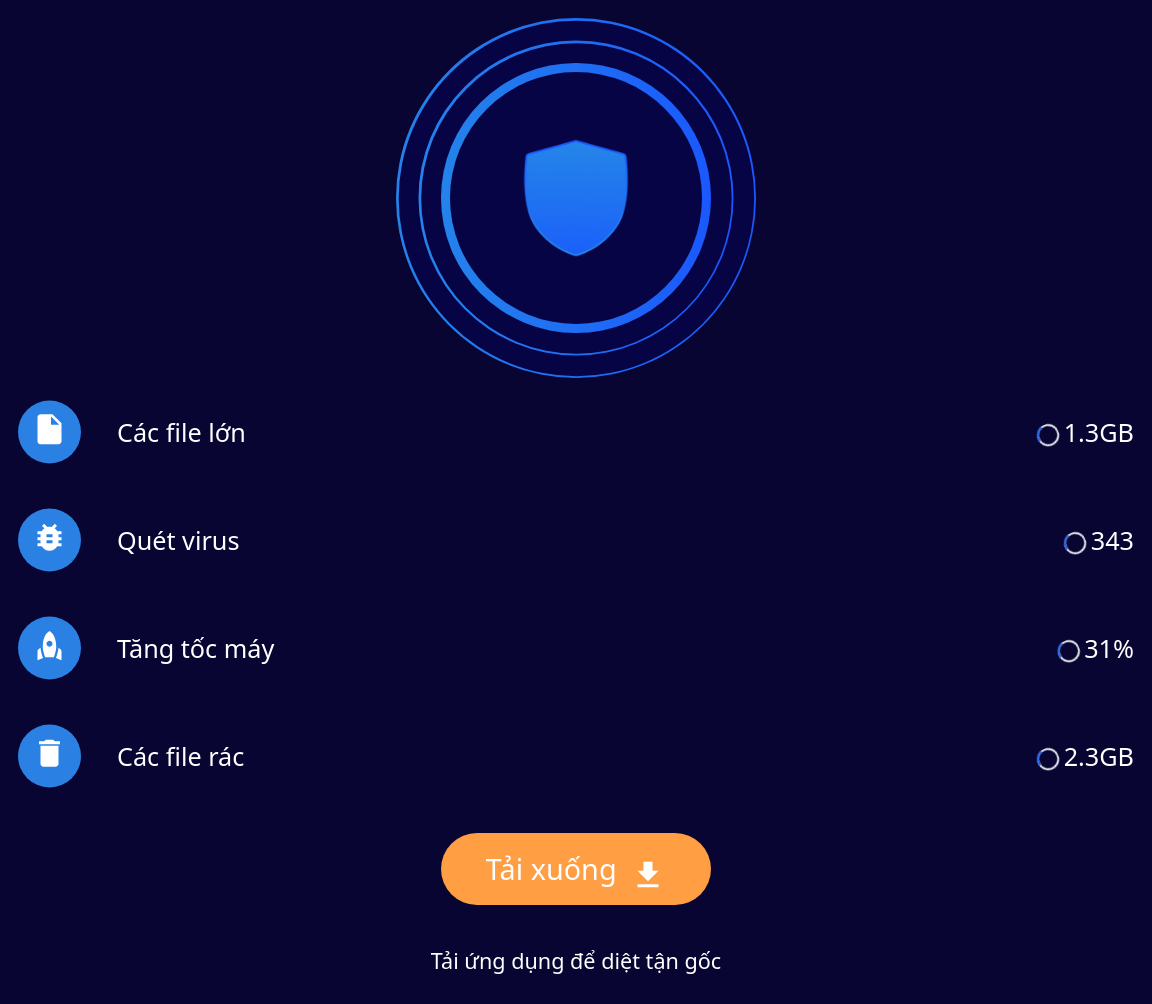
Repository: Kiendz3202/anti-virus-landingpage-mobile
Page: /, after clicking the first element matching `div.from-\[\#1CE5F8\]`
These files come from the project's save history. The page is drawn as it stood at one moment and after the next save; the edit follows.
The browser window is 1280 px wide. The pictures show the whole page, at 90% of full size.
The project was rebuilt for these pictures with package versions that can differ from the ones it lists, and the page was loaded fresh each time. The framework's server and built-in components were replaced by stand-ins that run in the browser. Also part of the build but not shown: next.config.js.

Above is the page before, as saved 2023-01-08 19:23:50.

### pages/index.js
import HomeView from '../views';

export default function Home() {
	return <HomeView />;
}

### styles/globals.css
@tailwind base;
@tailwind components;
@tailwind utilities;

@layer base {
	html {
		/* font-size: calc(15px + 0.390625vw); //15px */
		font-size: 10px;
	}

	* {
		box-sizing: border-box;
	}

	@media (max-width: 640px) {
		html {
			font-size: 7px;
		}
	}

	@media (min-width: 640px) {
		html {
			font-size: 7px;
		}
	}

	@media (min-width: 768px) {
		html {
			font-size: 8px;
		}
	}

	@media (min-width: 1024px) {
		html {
			font-size: 9px;
		}
	}

	@media (min-width: 1280px) {
		html {
			font-size: 10px;
		}
	}
}

### views/index.js
import React, { useEffect, useState } from 'react';
import ScanResult from '../components/ScanResult';
import ScanShield from '../components/ScanShield';
import { delay } from '../utils/delay';

function HomeView() {
	// const [isCheckingInitial, setIsCheckingInitial] = useState(true);
	const [loadingScan, setLoadingScan] = useState(false);
	const [showResult, setShowResult] = useState(false);
	// useEffect(() => {
	// 	const intervalID = setTimeout(() => {
	// 		setIsCheckingInitial((toggle) => !toggle);
	// 	}, 2000);

	// 	return () => clearInterval(intervalID);
	// }, []);

	const scanHandle = async () => {
		if (!showResult) {
			// setIsCheckingInitial(false);
			setLoadingScan(true);
			// await delay(4000);
			setLoadingScan(false);
			setShowResult(true);
		}
	};
	return (
		<div className="h-screen bg-[#080533]">
			<div
				className={` w-full   transition-all ease-in-out duration-[1500ms]  ${
					showResult ? ' h-[0px]' : 'h-screen pt-[20rem]'
				}`}
			>
				<div
					className={`bg-[#08043D] h-[40rem] w-[40rem] mx-auto rounded-full flex items-center justify-center ${
						showResult ? 'hidden' : ''
					}`}
				>
					<div className=" bg-[#070446] h-[32rem] w-[32rem] rounded-full flex items-center justify-center relative">
						<div className="bg-gradient-to-r from-[#0F2171] to-[#075DAF] h-[28rem] w-[28rem] rounded-full flex items-center justify-center animate-spin"></div>
						<div
							onClick={scanHandle}
							className=" bg-gradient-to-r from-[#1CE5F8] to-[#0092FF] h-[24rem] w-[24rem] rounded-full flex items-center justify-center absolute top-[4rem]"
						>
							<div className=" bg-gradient-to-r from-[#08042E] to-[#060075] h-[23rem] w-[23rem] rounded-full flex items-center justify-center ">
								<span className="text-white text-[6rem] font-semibold">
									Quét
								</span>
							</div>
						</div>
					</div>
				</div>
			</div>
			{showResult ? (
				<div className="text-white pt-[2rem]">
					<ScanShield />
					<ScanResult />
				</div>
			) : (
				''
			)}
		</div>
	);
}

export default HomeView;

### components/ScanResult.js
import InsertDriveFileIcon from '@mui/icons-material/InsertDriveFile';
import BugReportIcon from '@mui/icons-material/BugReport';
import RocketIcon from '@mui/icons-material/Rocket';
import DeleteIcon from '@mui/icons-material/Delete';
import FileDownloadIcon from '@mui/icons-material/FileDownload';
import { useState, useEffect } from 'react';
import { delay } from '../utils/delay';

function getRandomArbitrary(min, max) {
	return Math.random() * (max - min) + min;
}

function ScanResult() {
	const [isScanning, setIsScanning] = useState(true);
	const [bigFile, setBigFile] = useState(
		getRandomArbitrary(0.3, 2).toString().slice(0, 3)
	);
	const [virus, setVirus] = useState(
		getRandomArbitrary(108, 352).toString().split('.')[0]
	);
	const [speedPercent, setSpeedPercent] = useState(
		getRandomArbitrary(30, 80).toString().split('.')[0]
	);
	const [trashFile, setTrashFile] = useState(
		getRandomArbitrary(0.2, 3).toString().slice(0, 3)
	);
	const arr = Array.from(Array(30).keys());

	const loopAsync = async () => {
		for (const number of arr) {
			setBigFile(() => getRandomArbitrary(0.3, 2).toString().slice(0, 3));
			setVirus(
				() => getRandomArbitrary(108, 352).toString().split('.')[0]
			);
			setSpeedPercent(
				() => getRandomArbitrary(30, 80).toString().split('.')[0]
			);
			setTrashFile(() =>
				getRandomArbitrary(0.2, 3).toString().slice(0, 3)
			);
			await delay(200);
		}
		setIsScanning(false);
	};
	useEffect(() => {
		loopAsync();
	}, []);

	// const bigFile = getRandomArbitrary(0.3, 2).toString().slice(0, 3);
	// const virus = getRandomArbitrary(108, 352).toString().split('.')[0];
	// const speedPercent = getRandomArbitrary(30, 80).toString().split('.')[0];
	// const trashFile = getRandomArbitrary(0.2, 3).toString().slice(0, 3);
	// console.log(trashFile);
	return (
		<div className="bg-[#080533]">
			{/* big file  */}
			<div className="flex justify-between  h-[12rem] items-center text-[2.8rem] font-medium ">
				<div>
					<div className="bg-[#2A81E3] text-white rounded-full w-[7rem] h-[7rem] ml-[2rem]">
						<InsertDriveFileIcon
							sx={{
								fontSize: '4rem',
								marginLeft: '1.5rem',
								marginTop: '1.2rem',
							}}
						/>
					</div>
				</div>
				<div className=" mr-auto ml-[4rem]">Các file lớn</div>
				<div className="flex">
					{isScanning && (
						<div role="status">
							<svg
								aria-hidden="true"
								class="inline w-10 h-10 mr-2 text-gray-200 animate-spin dark:text-gray-600 fill-blue-600"
								viewBox="0 0 100 101"
								fill="none"
								xmlns="http://www.w3.org/2000/svg"
							>
								<path
									d="M100 50.5908C100 78.2051 77.6142 100.591 50 100.591C22.3858 100.591 0 78.2051 0 50.5908C0 22.9766 22.3858 0.59082 50 0.59082C77.6142 0.59082 100 22.9766 100 50.5908ZM9.08144 50.5908C9.08144 73.1895 27.4013 91.5094 50 91.5094C72.5987 91.5094 90.9186 73.1895 90.9186 50.5908C90.9186 27.9921 72.5987 9.67226 50 9.67226C27.4013 9.67226 9.08144 27.9921 9.08144 50.5908Z"
									fill="currentColor"
								/>
								<path
									d="M93.9676 39.0409C96.393 38.4038 97.8624 35.9116 97.0079 33.5539C95.2932 28.8227 92.871 24.3692 89.8167 20.348C85.8452 15.1192 80.8826 10.7238 75.2124 7.41289C69.5422 4.10194 63.2754 1.94025 56.7698 1.05124C51.7666 0.367541 46.6976 0.446843 41.7345 1.27873C39.2613 1.69328 37.813 4.19778 38.4501 6.62326C39.0873 9.04874 41.5694 10.4717 44.0505 10.1071C47.8511 9.54855 51.7191 9.52689 55.5402 10.0491C60.8642 10.7766 65.9928 12.5457 70.6331 15.2552C75.2735 17.9648 79.3347 21.5619 82.5849 25.841C84.9175 28.9121 86.7997 32.2913 88.1811 35.8758C89.083 38.2158 91.5421 39.6781 93.9676 39.0409Z"
									fill="currentFill"
								/>
							</svg>
							<span class="sr-only">Loading...</span>
						</div>
					)}
					<div className="pr-[2rem]">{bigFile}GB</div>
				</div>
			</div>
			{/* diet virus  */}
			<div className="flex justify-between  h-[12rem] items-center text-[2.8rem] font-medium">
				<div>
					<div className="bg-[#2A81E3] text-white rounded-full w-[7rem] h-[7rem] ml-[2rem]">
						<BugReportIcon
							sx={{
								fontSize: '4rem',
								marginLeft: '1.5rem',
								marginTop: '1.2rem',
							}}
						/>
					</div>
				</div>
				<div className=" mr-auto ml-[4rem]">Quét virus</div>
				<div className="flex">
					{isScanning && (
						<div role="status">
							<svg
								aria-hidden="true"
								class="inline w-10 h-10 mr-2 text-gray-200 animate-spin dark:text-gray-600 fill-blue-600"
								viewBox="0 0 100 101"
								fill="none"
								xmlns="http://www.w3.org/2000/svg"
							>
								<path
									d="M100 50.5908C100 78.2051 77.6142 100.591 50 100.591C22.3858 100.591 0 78.2051 0 50.5908C0 22.9766 22.3858 0.59082 50 0.59082C77.6142 0.59082 100 22.9766 100 50.5908ZM9.08144 50.5908C9.08144 73.1895 27.4013 91.5094 50 91.5094C72.5987 91.5094 90.9186 73.1895 90.9186 50.5908C90.9186 27.9921 72.5987 9.67226 50 9.67226C27.4013 9.67226 9.08144 27.9921 9.08144 50.5908Z"
									fill="currentColor"
								/>
								<path
									d="M93.9676 39.0409C96.393 38.4038 97.8624 35.9116 97.0079 33.5539C95.2932 28.8227 92.871 24.3692 89.8167 20.348C85.8452 15.1192 80.8826 10.7238 75.2124 7.41289C69.5422 4.10194 63.2754 1.94025 56.7698 1.05124C51.7666 0.367541 46.6976 0.446843 41.7345 1.27873C39.2613 1.69328 37.813 4.19778 38.4501 6.62326C39.0873 9.04874 41.5694 10.4717 44.0505 10.1071C47.8511 9.54855 51.7191 9.52689 55.5402 10.0491C60.8642 10.7766 65.9928 12.5457 70.6331 15.2552C75.2735 17.9648 79.3347 21.5619 82.5849 25.841C84.9175 28.9121 86.7997 32.2913 88.1811 35.8758C89.083 38.2158 91.5421 39.6781 93.9676 39.0409Z"
									fill="currentFill"
								/>
							</svg>
							<span class="sr-only">Loading...</span>
						</div>
					)}
					<div className="pr-[2rem]">{virus}</div>
				</div>
			</div>
			{/* tang toc  */}
			<div className="flex justify-between  h-[12rem] items-center text-[2.8rem] font-medium">
				<div>
					<div className="bg-[#2A81E3] text-white rounded-full w-[7rem] h-[7rem] ml-[2rem]">
						<RocketIcon
							sx={{
								fontSize: '4rem',
								marginLeft: '1.5rem',
								marginTop: '1.2rem',
							}}
						/>
					</div>
				</div>
				<div className=" mr-auto ml-[4rem]">Tăng tốc máy</div>
				<div className="flex">
					{isScanning && (
						<div role="status">
							<svg
								aria-hidden="true"
								class="inline w-10 h-10 mr-2 text-gray-200 animate-spin dark:text-gray-600 fill-blue-600"
								viewBox="0 0 100 101"
								fill="none"
								xmlns="http://www.w3.org/2000/svg"
							>
								<path
									d="M100 50.5908C100 78.2051 77.6142 100.591 50 100.591C22.3858 100.591 0 78.2051 0 50.5908C0 22.9766 22.3858 0.59082 50 0.59082C77.6142 0.59082 100 22.9766 100 50.5908ZM9.08144 50.5908C9.08144 73.1895 27.4013 91.5094 50 91.5094C72.5987 91.5094 90.9186 73.1895 90.9186 50.5908C90.9186 27.9921 72.5987 9.67226 50 9.67226C27.4013 9.67226 9.08144 27.9921 9.08144 50.5908Z"
									fill="currentColor"
								/>
								<path
									d="M93.9676 39.0409C96.393 38.4038 97.8624 35.9116 97.0079 33.5539C95.2932 28.8227 92.871 24.3692 89.8167 20.348C85.8452 15.1192 80.8826 10.7238 75.2124 7.41289C69.5422 4.10194 63.2754 1.94025 56.7698 1.05124C51.7666 0.367541 46.6976 0.446843 41.7345 1.27873C39.2613 1.69328 37.813 4.19778 38.4501 6.62326C39.0873 9.04874 41.5694 10.4717 44.0505 10.1071C47.8511 9.54855 51.7191 9.52689 55.5402 10.0491C60.8642 10.7766 65.9928 12.5457 70.6331 15.2552C75.2735 17.9648 79.3347 21.5619 82.5849 25.841C84.9175 28.9121 86.7997 32.2913 88.1811 35.8758C89.083 38.2158 91.5421 39.6781 93.9676 39.0409Z"
									fill="currentFill"
								/>
							</svg>
							<span class="sr-only">Loading...</span>
						</div>
					)}
					<div className="pr-[2rem]">{speedPercent}%</div>
				</div>
			</div>
			{/* Các file rác   */}
			<div className="flex justify-between  h-[12rem] items-center text-[2.8rem] font-medium">
				<div>
					<div className="bg-[#2A81E3] text-white rounded-full w-[7rem] h-[7rem] ml-[2rem]">
						<DeleteIcon
							sx={{
								fontSize: '4rem',
								marginLeft: '1.5rem',
								marginTop: '1.2rem',
							}}
						/>
					</div>
				</div>
				<div className=" mr-auto ml-[4rem]">Các file rác</div>
				<div className="flex">
					{isScanning && (
						<div role="status">
							<svg
								aria-hidden="true"
								class="inline w-10 h-10 mr-2 text-gray-200 animate-spin dark:text-gray-600 fill-blue-600"
								viewBox="0 0 100 101"
								fill="none"
								xmlns="http://www.w3.org/2000/svg"
							>
								<path
									d="M100 50.5908C100 78.2051 77.6142 100.591 50 100.591C22.3858 100.591 0 78.2051 0 50.5908C0 22.9766 22.3858 0.59082 50 0.59082C77.6142 0.59082 100 22.9766 100 50.5908ZM9.08144 50.5908C9.08144 73.1895 27.4013 91.5094 50 91.5094C72.5987 91.5094 90.9186 73.1895 90.9186 50.5908C90.9186 27.9921 72.5987 9.67226 50 9.67226C27.4013 9.67226 9.08144 27.9921 9.08144 50.5908Z"
									fill="currentColor"
								/>
								<path
									d="M93.9676 39.0409C96.393 38.4038 97.8624 35.9116 97.0079 33.5539C95.2932 28.8227 92.871 24.3692 89.8167 20.348C85.8452 15.1192 80.8826 10.7238 75.2124 7.41289C69.5422 4.10194 63.2754 1.94025 56.7698 1.05124C51.7666 0.367541 46.6976 0.446843 41.7345 1.27873C39.2613 1.69328 37.813 4.19778 38.4501 6.62326C39.0873 9.04874 41.5694 10.4717 44.0505 10.1071C47.8511 9.54855 51.7191 9.52689 55.5402 10.0491C60.8642 10.7766 65.9928 12.5457 70.6331 15.2552C75.2735 17.9648 79.3347 21.5619 82.5849 25.841C84.9175 28.9121 86.7997 32.2913 88.1811 35.8758C89.083 38.2158 91.5421 39.6781 93.9676 39.0409Z"
									fill="currentFill"
								/>
							</svg>
							<span class="sr-only">Loading...</span>
						</div>
					)}
					<div className="pr-[2rem]">{trashFile}GB</div>
				</div>
			</div>
			{/* Tai ung dung   */}
			<div className="flex flex-col   items-center text-[3.2rem] font-medium mt-[4rem] pb-[3rem]">
				<div className="flex items-center justify-center bg-[#FF9E43] text-white rounded-full w-[30rem] h-[8rem] active:opacity-60 cursor-pointer animate-bounce">
					<div>Tải xuống</div>
					<div>
						<FileDownloadIcon
							sx={{
								fontSize: '4rem',
								marginLeft: '1.5rem',
								marginTop: '1.2rem',
							}}
						/>
					</div>
				</div>
				<div className="mt-[3rem] text-[2.4rem] font-normal">
					Tải ứng dụng để diệt tận gốc
				</div>
			</div>
		</div>
	);
}

export default ScanResult;

### components/ScanShield.js
import React from 'react';

function ScanShield() {
	return (
		<div>
			<div
				className={` bg-gradient-to-r from-[#2483EA] to-[#1A58FD] h-[40rem] w-[40rem] mx-auto rounded-full flex items-center justify-center `}
			>
				<div className=" bg-[#070446] h-[39.5rem] w-[39.5rem] rounded-full flex items-center justify-center ">
					<div
						className={` bg-gradient-to-r from-[#2483EA] to-[#1A58FD] h-[35rem] w-[35rem] mx-auto rounded-full flex items-center justify-center `}
					>
						<div className=" bg-[#070446] h-[34.5rem] w-[34.5rem] rounded-full flex items-center justify-center ">
							<div className="  bg-gradient-to-r from-[#2483EA] to-[#1A58FD] h-[30rem] w-[30rem] rounded-full flex items-center justify-center ">
								<div className='className=" bg-[#070446] h-[28rem] w-[28rem] rounded-full flex items-center justify-center "'>
									<img src="/shield.png" />
								</div>
							</div>
						</div>
					</div>
				</div>
			</div>
		</div>
	);
}

export default ScanShield;

### utils/delay.js
export const delay = (m) => new Promise((r) => setTimeout(r, m));

### tailwind.config.js
/** @type {import('tailwindcss').Config} */
module.exports = {
	content: [
		'./pages/**/*.{js,ts,jsx,tsx}',
		'./components/**/*.{js,ts,jsx,tsx}',
		'./views/**/*.{js,ts,jsx,tsx}',
	],
	theme: {
		extend: {},
	},
	plugins: [],
};

Loaded but not shown: pages/_app.js (common file); pages/_document.js (common file)

After the next save:
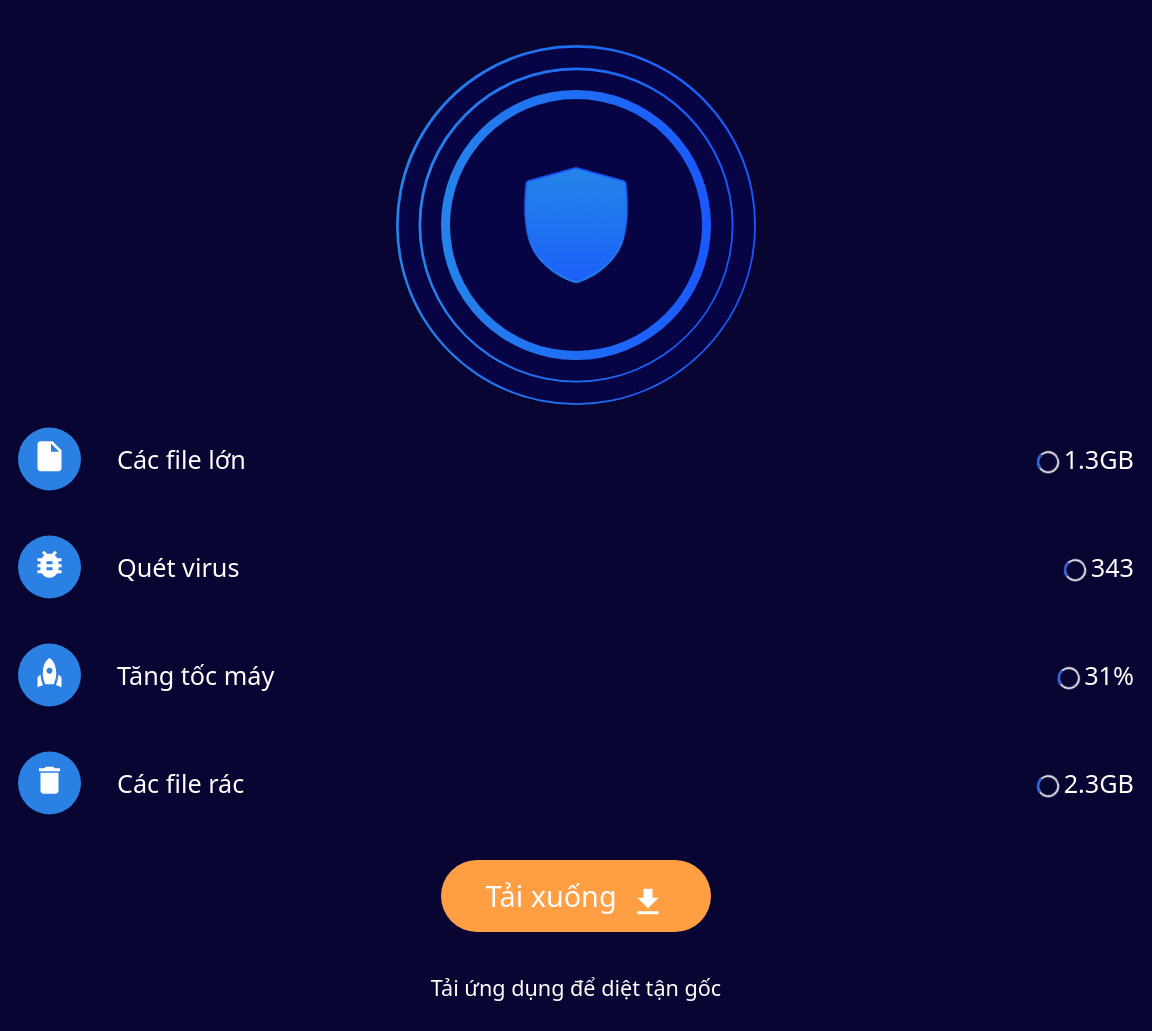
Saved 4 s later.
--- a/views/index.js
+++ b/views/index.js
@@ -52,7 +52,7 @@
 				</div>
 			</div>
 			{showResult ? (
-				<div className="text-white pt-[2rem]">
+				<div className="text-white pt-[5rem]">
 					<ScanShield />
 					<ScanResult />
 				</div>
